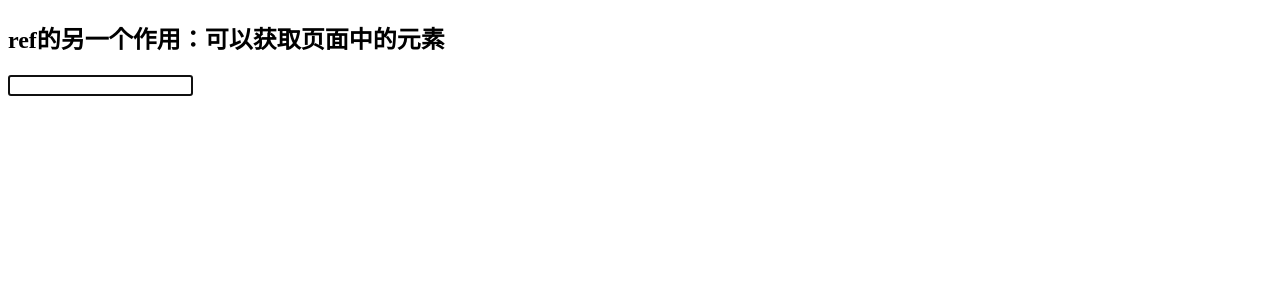
Repository: zhuhongxiang/Vue3.0-TSLeaning
Page: / (app in 04_Vue3/vue3_learning/)
The author's editor kept a copy of each file at every save. The page is drawn from the files as they stood at one save, then again after the next save.
The browser window is 1280 px wide. The pictures show the whole page.
The project was rebuilt for these pictures with package versions that can differ from the ones it lists, and the page was loaded fresh each time.

Above is the page before, as saved 2021-07-27 09:58:40.

After the next save:
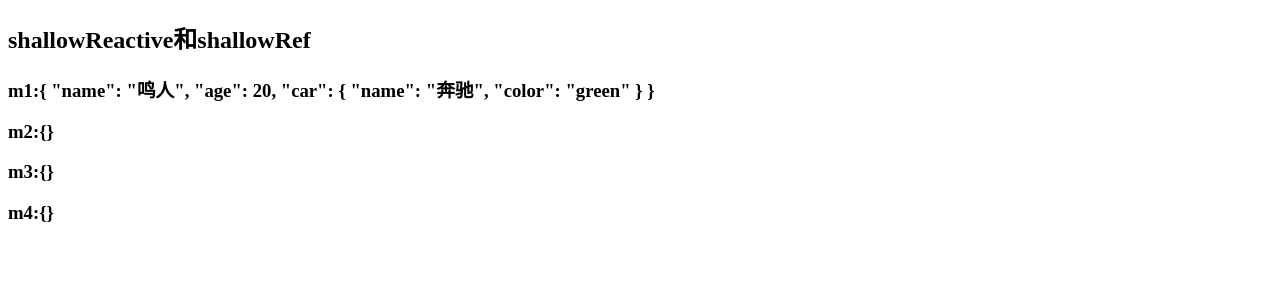
Saved 4 min 46 s later.
--- a/04_Vue3/vue3_learning/src/App.vue
+++ b/04_Vue3/vue3_learning/src/App.vue
@@ -1,24 +1,41 @@
 <template>
-  <h2>ref的另一个作用：可以获取页面中的元素</h2>
-  <input type="text" ref="inputRef" />
+  <h2>shallowReactive和shallowRef</h2>
+  <h3>m1:{{ m1 }}</h3>
+  <h3>m2:{{ m2 }}</h3>
+  <h3>m3:{{ m3 }}</h3>
+  <h3>m4:{{ m4 }}</h3>
 </template>
 
 <script lang='ts'>
-import { defineComponent, onMounted, reactive, ref } from "vue";
+import {
+  defineComponent,
+  reactive,
+  ref,
+  shallowReactive,
+  shallowRef,
+} from "vue";
 export default defineComponent({
   name: "App",
   props: {},
   components: {},
-  // 需求：当页面加载完毕后，页面中的文本框可以直接获取焦点(自动获取焦点)
   setup() {
-    // 默认是空的，页面加载完毕，说明组件已经存在了，获取文本框元素
-    const inputRef = ref<HTMLElement | null>(null);
-    // 页面加载完毕后的生命周期组合API
-    onMounted(() => {
-      inputRef.value && inputRef.value.focus(); // 自动获取焦点
+    const m1 = reactive({
+      name: "鸣人",
+      age: 20,
+      car: {
+        name: "奔驰",
+        color: "green",
+      },
     });
+    const m2 = shallowReactive({});
+    const m3 = ref({});
+    const m4 = shallowRef({});
+
     return {
-      inputRef,
+      m1,
+      m2,
+      m3,
+      m4,
     };
   },
 });
